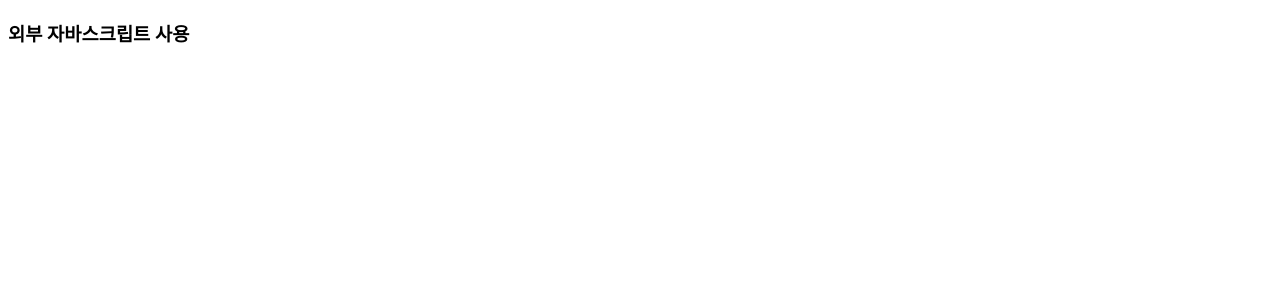
Repository: jelly02/workspace_web
Page: workspace_webui_LECTURE/06.js_basic/src/main/webapp/utilTest.html
These files come from the project's save history. The page is drawn as it stood at one moment and after the next save; the edit follows.
The browser window is 1280 px wide. The pictures show the whole page.

Above is the page before, as saved 2021-06-29 07:12:20.

### workspace_webui_LECTURE/06.js_basic/src/main/webapp/utilTest.html
<!DOCTYPE html PUBLIC "-//W3C//DTD HTML 4.01 Transitional//EN" "http://www.w3.org/TR/html4/loose.dtd">
<html>
<head>
<meta http-equiv="Content-Type" content="text/html; charset=UTF-8">
<title>외부 자바스크립트 사용</title>
<!-- js : external -->
<script type="text/javascript" src="js/common.js"></script>
</head>
<body>
<h3>외부 자바스크립트 사용</h3>
</body>
</html>

### workspace_webui_LECTURE/06.js_basic/src/main/webapp/js/common.js
/**
 * 공통 자바스크립트 파일 : js/common.js
 */

/* 현재 날짜 년도4자리-월2자리-일2자리 기본형식의 날짜 반환 함수
	-- 1 ~ 9 : 01
	-- getFullYear()
	-- getMonth() + 1
	-- getDate()
*/
function getCurrentDate() {
	var currentDate = new Date();
	var year = 	currentDate. getFullYear();

	var month = currentDate.getMonth() + 1;
	if (month <= 9) {
		month = "0" + month;
	}

	var date = currentDate.getDate();
	if (date <= 9) {
		date = "0" + date;
	}

	currentDate = year + "-" + month + "-" + date;
	console.log("currentDate: " + currentDate);

	return currentDate;
}

/* 현재 시간 시간2자리:분2자리:초2자리 기본형식의 시간 반환 함수 */
function getCurrentTime() {

}

After the next save:
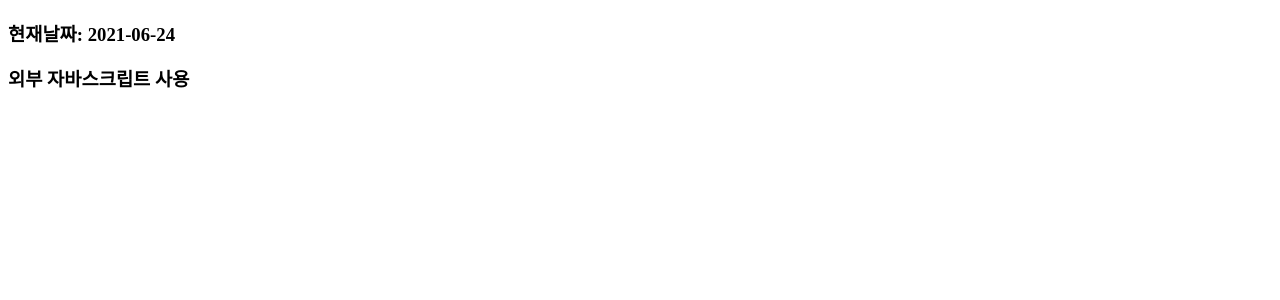
Saved 4 min 41 s later.
--- a/workspace_webui_LECTURE/06.js_basic/src/main/webapp/utilTest.html
+++ b/workspace_webui_LECTURE/06.js_basic/src/main/webapp/utilTest.html
@@ -5,6 +5,11 @@
 <title>외부 자바스크립트 사용</title>
 <!-- js : external -->
 <script type="text/javascript" src="js/common.js"></script>
+<!-- js : internal -->
+<script type="text/javascript">
+	var currentDate = getCurrentDate();
+	document.write("<h3>현재날짜: " + currentDate + "</h3>");
+</script>
 </head>
 <body>
 <h3>외부 자바스크립트 사용</h3>
